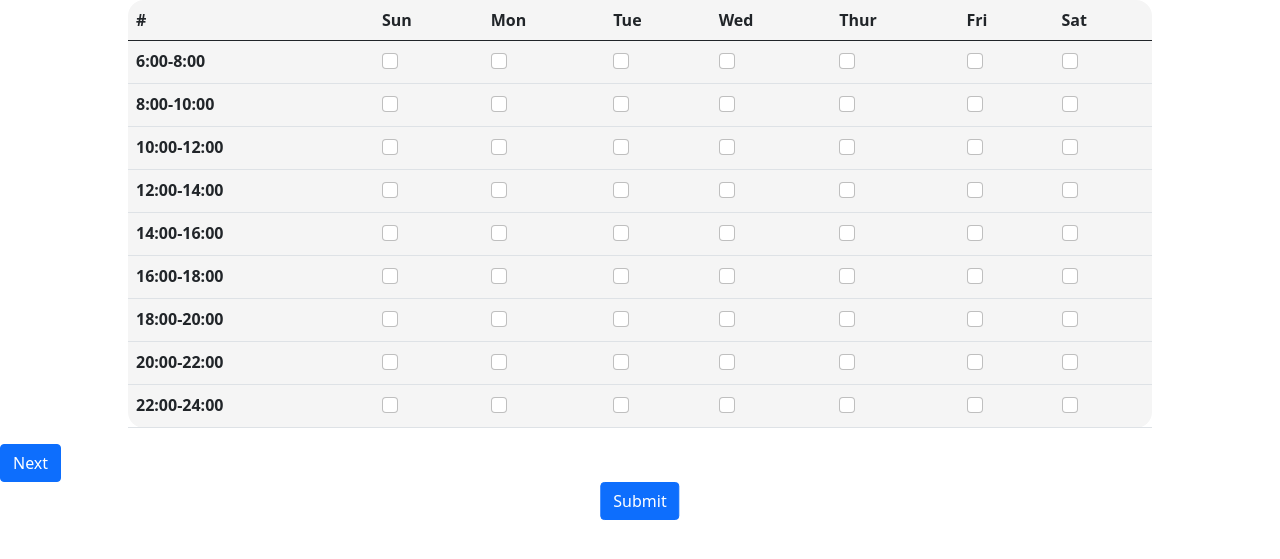
Repository: xich4932/fuxiguanli
Page: index_main.html
An editor plug-in stored every save of this project. The page is shown before and after the next save, followed by the edit.
The browser window is 1280 px wide. The pictures show the whole page.

Above is the page before, as saved 2021-06-21 21:59:36.

After the next save:
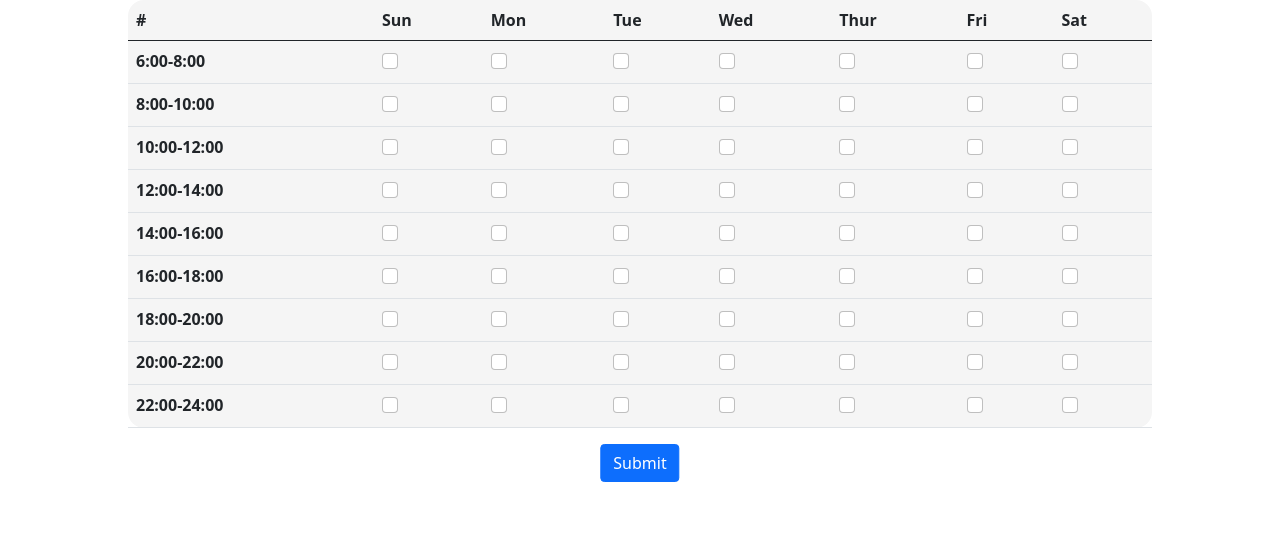
Saved 66 s later.
--- a/index_main.html
+++ b/index_main.html
@@ -79,7 +79,7 @@
 
     <div>
       <div >
-        <a class="btn btn-primary" href="class_main.html" role="button" >Next</a>
+        <a class="btn btn-primary" href="class_main.html" style="display: none;" role="button" >Next</a>
       </div>
     </div>
 
